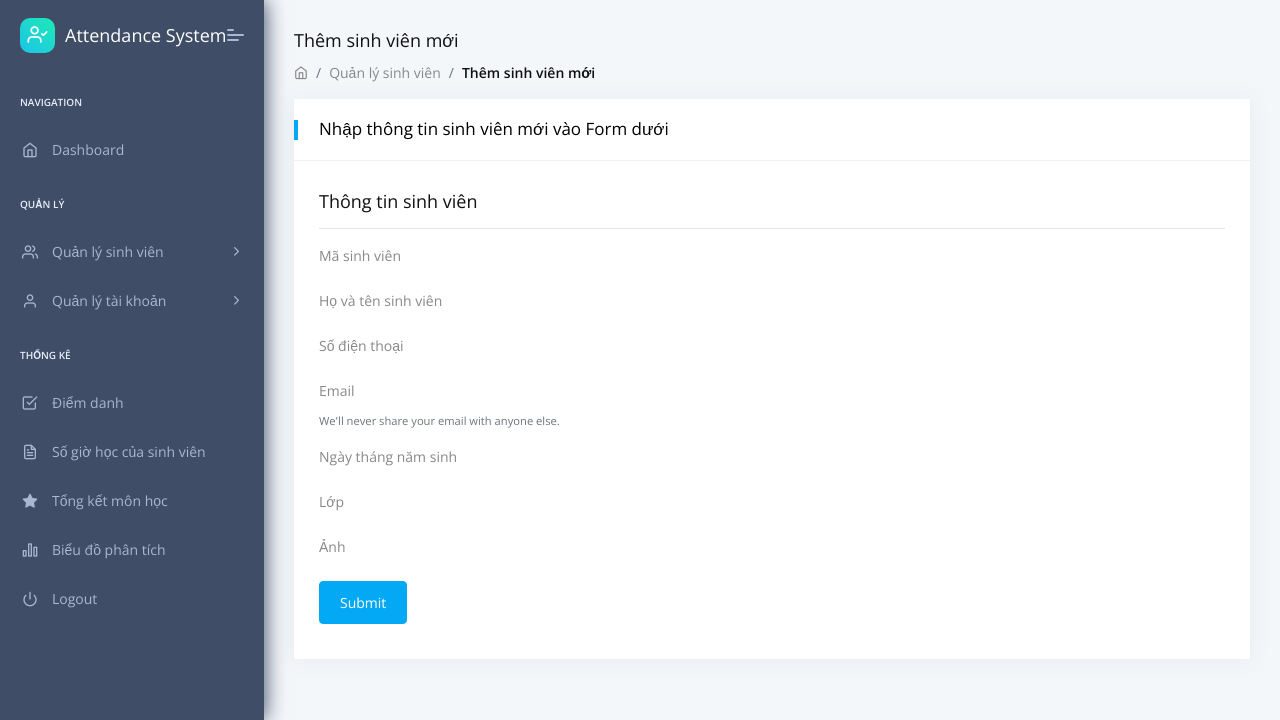
Repository: nguyen-tien-tai12112001/Python_Face_Recognition_Attendance
Page: apps/templates/home/add-student.html
These files come from the project's save history. The page is drawn as it stood at one moment and after the next save; the edit follows.
The browser window is 1280 px wide. The pictures show the whole page.
The template is drawn by Flask 3. The application's start-up code is not run. The template is opened directly, without the code that normally fills it, so the values that code supplies are empty.

Above is the page before, as saved 2022-02-27 23:47:17.

After the next save:
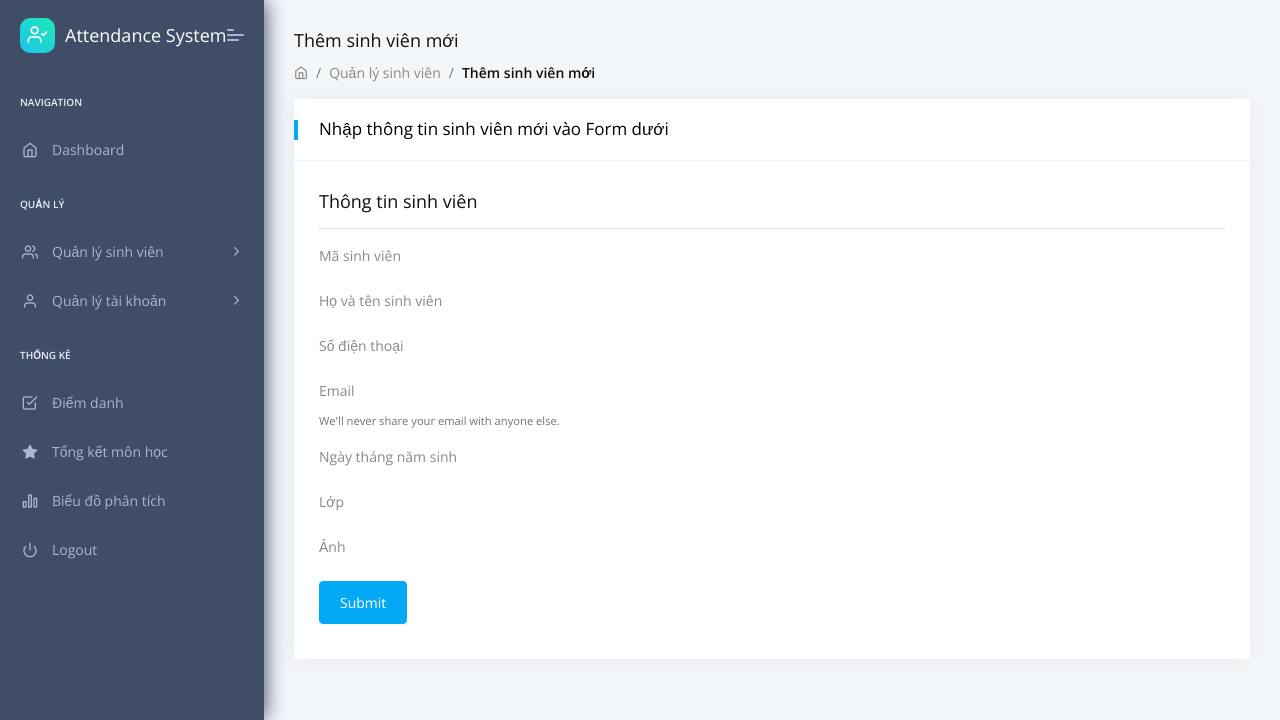
Saved 119 s later.
--- a/apps/templates/includes/sidebar-admin.html
+++ b/apps/templates/includes/sidebar-admin.html
@@ -46,10 +46,10 @@
                         class="nav-item {% if 'attendance_check' in segment %} active {% endif %}">
                         <a href="/attendance_check" class="nav-link "><span class="pcoded-micon"><i class="feather icon-check-square"></i></span><span class="pcoded-mtext">Điểm danh</span></a>
                     </li>
-                    <li data-username="Table bootstrap datatable footable"
+                    <!-- <li data-username="Table bootstrap datatable footable"
                         class="nav-item {% if 'info_class' in segment %} active {% endif %}">
                         <a href="/info_class" class="nav-link "><span class="pcoded-micon"><i class="feather icon-file-text"></i></span><span class="pcoded-mtext">Số giờ học của sinh viên</span></a>
-                    </li>
+                    </li> -->
                     <li data-username="Table bootstrap datatable footable"
                         class="nav-item {% if 'summany_study' in segment %} active {% endif %}">
                         <a href="/summany_study" class="nav-link "><span class="pcoded-micon"><i class="feather icon-star-on"></i></span><span class="pcoded-mtext">Tổng kết môn học</span></a>
